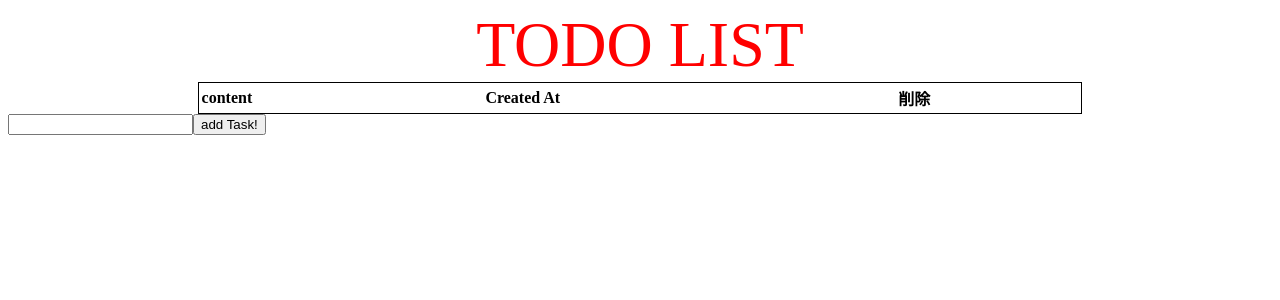
Repository: WistreHosshii/hacathon_todolList
Page: /
The author's editor kept a copy of each file at every save. The page is drawn from the files as they stood at one save, then again after the next save.
The browser window is 1280 px wide. The pictures show the whole page.
The page's requests for data from a server got no answer. The project was rebuilt for these pictures with package versions that can differ from the ones it lists, and the page was loaded fresh each time. No one was signed in, and anything a server would have sent is missing.

Above is the page before, as saved 2019-06-11 00:08:54.

### index.html
<!DOCTYPE html>
<html lang="ja">

<head>
    <meta charset="UTF-8">
    <meta name="viewport" content="width=device-width, initial-scale=1.0">
    <meta http-equiv="X-UA-Compatible" content="ie=edge">
    <title>Document</title>
    <!-- <link rel="stylesheet" href="./index.css"> -->
</head>

<body>
    <div id="root"></div>
    <script src="./index.tsx"></script>
</body>

</html>

### App.tsx
import React, { Component } from 'react';
import { get, post, deleteTask } from './axios';
import styled from 'styled-components';

const CustomizedText = styled.div`
  font-size: 4rem;
  color: red;
  text-align: center;
`;
const Body = styled.div`
  width: 100%;
  font-size: 1rem;
`;
const JobTable = styled.table`
  text-align: left;
  margin: 0 auto;
  width: 70%;
  border: solid 1px black;
`;
const Button = styled.button`
  display: block;
  float: right;
  clear: both;
`;
interface Props {}
interface State {
  todos: Todo[];
  value: string;
}

export default class App extends Component<Props, State> {
  constructor(props: any) {
    super(props);
    this.state = {
      todos: [],
      value: '',
    };
    this.handleChange = this.handleChange.bind(this);
  }

  componentDidMount() {
    get().then(response => {
      const todos: Todo[] = response.data.todos;
      this.setState({ todos });
    });
  }
  addTaskHandler() {
    if (this.state.value !== '') {
      post(this.state.value).then(response => {
        const todo: Todo = response.data;
        this.setState(state => ({ todos: [...state.todos, todo] }));
        this.setState({ value: '' });
      });
    }
  }
  deleteTaskHandler(id: string) {
    deleteTask(id).then(response => {
      const todos = this.state.todos.filter(v => v.id !== id);
      this.setState({ todos });
    });
  }
  handleChange(event: any) {
    this.setState({ value: event.target.value });
  }

  render() {
    return (
      <Body>
        <div className="todoList">
          <CustomizedText>TODO LIST</CustomizedText>
          <div className="contents">
            <JobTable>
              <tbody>
                <tr>
                  <th>content</th>
                  <th>Created At</th>
                  <th>削除</th>
                </tr>

                {this.state.todos.reverse().map((todo, i) => {
                  return (
                    <tr key={i}>
                      <td>{todo.content}</td>
                      <td>{new Date(todo.createdAt).toLocaleString()}</td>
                      <td>
                        <Button
                          onClick={() => {
                            this.deleteTaskHandler(todo.id);
                          }}
                        >
                          削除!
                        </Button>
                      </td>
                    </tr>
                  );
                })}
              </tbody>
            </JobTable>
          </div>
          <div className="computeTaskWrapper">
            <input type="text" value={this.state.value} onChange={this.handleChange} />
            <button
              className="btn"
              onClick={() => {
                this.addTaskHandler();
              }}
            >
              add Task!
            </button>
          </div>
        </div>
      </Body>
    );
  }
}

### axios.tsx
import axios from 'axios';
import App from './App';

const url = 'http://hackathon-test-server.jichoup.trap.show/';
export const get = () => {
  return axios.get(url);
};
export const post = (value: string) => {
  const content: TodoList.Post.Request = { content: value };
  return axios.post(url, content);
};
export const deleteTask = (_id: string) => {
  const id: TodoList.Delete.Request = { id: _id };
  return axios.delete(url, { data: id });
};

Loaded but not shown: index.tsx (common file)

After the next save:
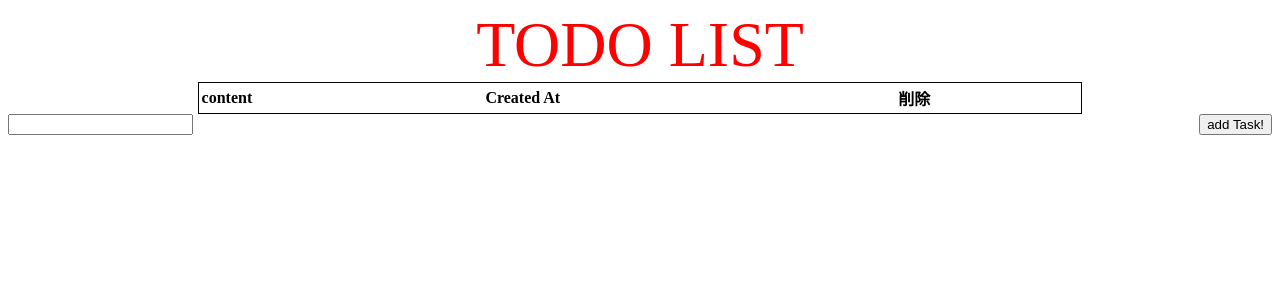
Saved 34 s later.
--- a/App.tsx
+++ b/App.tsx
@@ -83,13 +83,13 @@ export default class App extends Component<Props, State> {
                       <td>{todo.content}</td>
                       <td>{new Date(todo.createdAt).toLocaleString()}</td>
                       <td>
-                        <Button
+                        <button
                           onClick={() => {
                             this.deleteTaskHandler(todo.id);
                           }}
                         >
                           削除!
-                        </Button>
+                        </button>
                       </td>
                     </tr>
                   );
@@ -99,14 +99,14 @@ export default class App extends Component<Props, State> {
           </div>
           <div className="computeTaskWrapper">
             <input type="text" value={this.state.value} onChange={this.handleChange} />
-            <button
+            <Button
               className="btn"
               onClick={() => {
                 this.addTaskHandler();
               }}
             >
               add Task!
-            </button>
+            </Button>
           </div>
         </div>
       </Body>
